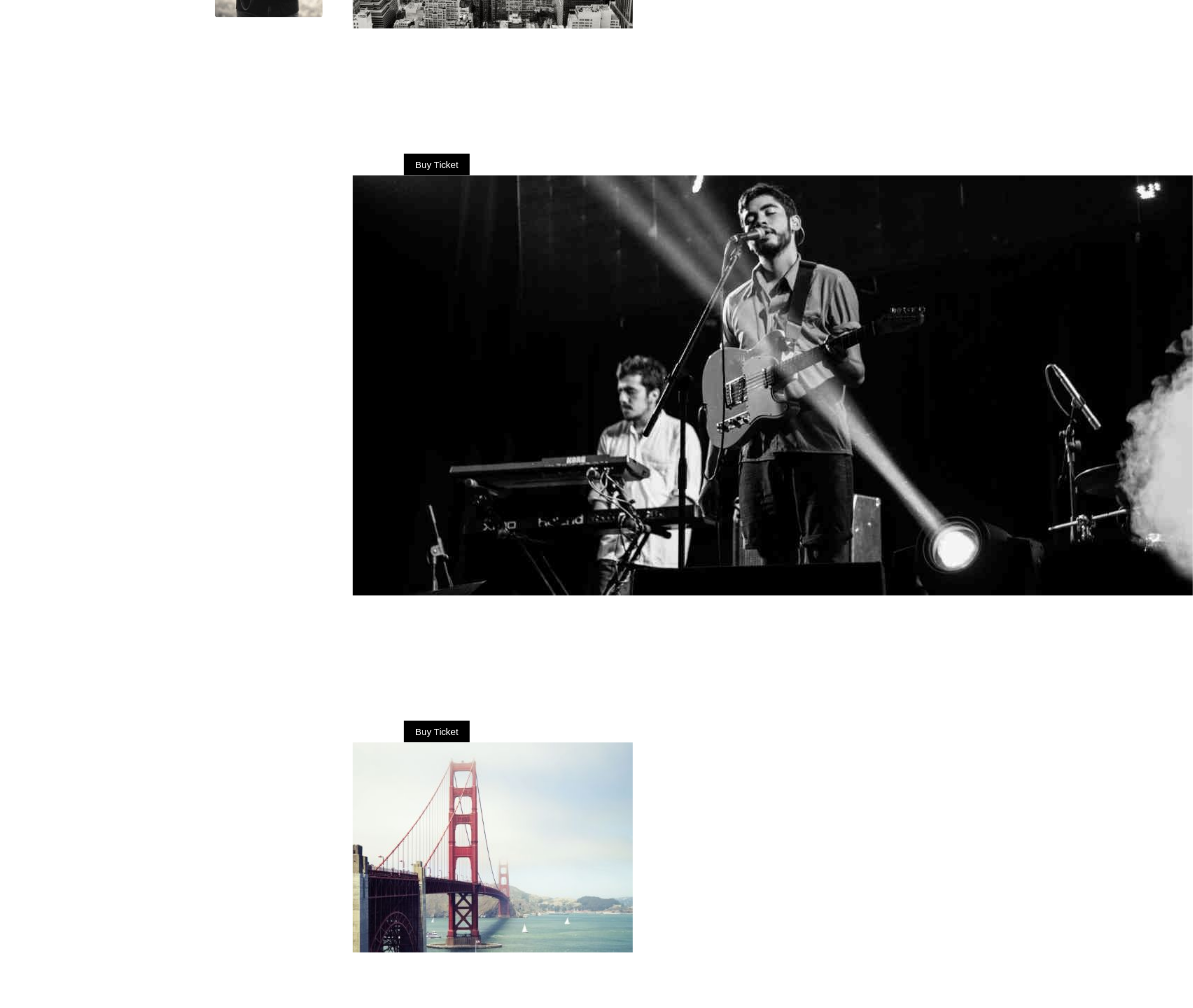
Repository: tam1512/The-Band
Page: index.html
These files come from the project's save history. The page is drawn as it stood at one moment and after the next save; the edit follows.
The browser window is 1280 px wide. The page is 1704 px wide, so the pictures cover 1704 px, including what lies to the right of the window. The pictures show the part of the page from y = 1662 to 3102 px (the page is 3264 px tall before and 3312 px after), at 70% of full size.
Some web libraries are served in a nearby version.

Above is the page before, as saved 2022-07-24 08:47:22.

### index.html
<!DOCTYPE html>
<html lang="en">
  <head>
    <meta charset="UTF-8" />
    <meta http-equiv="X-UA-Compatible" content="IE=edge" />
    <meta name="viewport" content="width=device-width, initial-scale=1.0" />
    <link
      rel="stylesheet"
      href="https://cdnjs.cloudflare.com/ajax/libs/font-awesome/6.1.1/css/all.min.css"
      integrity="sha512-KfkfwYDsLkIlwQp6LFnl8zNdLGxu9YAA1QvwINks4PhcElQSvqcyVLLD9aMhXd13uQjoXtEKNosOWaZqXgel0g=="
      crossorigin="anonymous"
      referrerpolicy="no-referrer"
    />
    <link rel="stylesheet" href="./assets/css/style.css" />
    <title>The Band</title>
  </head>
  <body>
    <div class="container">
      <div class="header" id="home">
        <ul class="header_nav">
          <li><a href="#home">HOME</a></li>
          <li><a href="#band">BAND</a></li>
          <li><a href="#tour">TOUR</a></li>
          <li><a href="#contact">CONTACT</a></li>
          <li class="header_nav_dropdown">
            <a href="javascript:void(0)" class="dropbtn">
              MORE
              <i class="fa-solid fa-caret-down"></i>
            </a>
            <div class="dropdown-content">
              <a href="#">Merchandise</a>
              <a href="#">Extras</a>
              <a href="#">Media</a>
            </div>
          </li>
        </ul>
        <div id="header_search">
          <i class="fa-solid fa-magnifying-glass text-white"></i>
        </div>
      </div>
      <!-- Slideshow container -->
      <div class="slider">
        <!-- Full-width image with caption text -->
        <div class="slider_slides-cont">
          <div class="slider_slide">
            <img src="assets/img/la.jpg" alt="Los Angeles" />
            <div class="text padding-32-16 text-white">
              <h3 class="fz-24 margin-10-0">Los Angeles</h3>
              <p class="margin-15-0">
                <b class="text-shadow">We had the bes time playing at Venice Beach!</b>
              </p>
            </div>
          </div>

          <div class="slider_slide">
            <img src="assets/img/ny.jpg" alt="New York" />
            <div class="text padding-32-16 text-white">
              <h3 class="fz-24 margin-10-0">New York</h3>
              <p class="margin-15-0">
                <b class="text-shadow">The atmosphere in New York is lorem ipsum.</b>
              </p>
            </div>
          </div>

          <div class="slider_slide">
            <img src="assets/img/chicago.jpg" alt="Chicago" />
            <div class="text padding-32-16 text-white">
              <h3 class="fz-24 margin-10-0">Chicago</h3>
              <p class="margin-15-0">
                <b class="text-shadow">Thank you, Chicago - A night we won't forget</b>
              </p>
            </div>
          </div>
        </div>

        <!-- The pagination/circles -->
         <div class="slider_pagination"></div>

        <!-- Next and previous buttons (navigatin slide)-->
        <a class="prev">&#10094</a>
        <a class="next">&#10095</a>
        </div>
      </div>
      <div class="content">
        <div class="padding-64-16 text-center" id="band">
          <h2 class="tilte fz-30 margin-10-0">THE BAND</h2>
          <p class="margin-15-0"><i class="sub-title text-opacity">We love music</i></p>
          <p class="band_content margin-15-0 text-justify">We have created a fictional band website. Lorem ipsum dolor sit amet, consectetur adipiscing elit, sed do eiusmod tempor incididunt ut labore et dolore magna aliqua. Ut enim ad minim veniam, quis nostrud exercitation ullamco laboris nisi ut aliquip ex ea commodo consequat. Duis aute irure dolor in reprehenderit in voluptate velit esse cillum dolore eu fugiat nulla pariatur. Excepteur sint occaecat cupidatat non proident, sunt in culpa qui officia deserunt mollit anim id est laborum consectetur adipiscing elit, sed do eiusmod tempor incididunt ut labore et dolore magna aliqua. Ut enim ad minim veniam, quis nostrud exercitation ullamco laboris nisi ut aliquip ex ea commodo consequat.</p>
          <div class="row band_members padding-32-0">
            <div class="third band_member">
              <p class="margin-15-0">Name</p>
              <img src="assets/img/bandmember.jpg" alt="band member" class="band_member_img margin-bottom-16">
            </div>
            <div class="third band_member">
              <p class="margin-15-0">Name</p>
              <img src="assets/img/bandmember.jpg" alt="band member" class="band_member_img margin-bottom-16">
            </div>
            <div class="third band_member">
              <p class="margin-15-0">Name</p>
              <img src="assets/img/bandmember.jpg" alt="band member" class="band_member_img margin-bottom-16">
            </div>
          </div>
          <!-- <div style="clear: both;"></div> -->
        </div>
        <div class="backgroud-black" id="tour">
          <div class="tour-container padding-64-16 text-center text-white">
            <h2 class="tilte fz-30 margin-10-0">TOUR DATES</h2>
            <p class="margin-15-0"><i class="sub-title">Remember to book your tickets!</i></p>
            <br>
            <ul class="list-month backgroud-white">
              <li class="month-item padding-8-16 boder-bottom">
                <p class="month text-grey">September</p>
                <span class="ticket-sold-out text-white">Sold out</span>
              </li>
              <li class="month-item padding-8-16 boder-bottom">
                <p class="month text-grey">October</p>
                <span class="ticket-sold-out text-white">Sold out</span>
              </li>
              <li class="month-item padding-8-16 boder-bottom">
                <p class="month text-grey">November</p>
                <span class="ticket-still text-white">3</span>
              </li>
            </ul>

            <div class="row ticket-list padding-32-8">
              <div class="third ticket-wrap">
                <img class="ticket-img" src="assets/img/newyork.jpg" alt="Ticket New Yourk">
                <div class="tick-content padding-0-16">
                  <p class="ticket-name margin-15-0"><b>New Yourk</b></p>
                  <p class="ticket-time text-opacity margin-15-0">Fri 27 Nov 2016</p>
                  <p class="ticket-desc margin-15-0">Praesent tincidunt sed tellus ut rutrum sed vitae justo.</p>
                  <button class="btn">Buy Ticket</button>
                </div>
              </div>
              <div class="third ticket-wrap">
                <img class="ticket-img" src="assets/img/chicago.jpg" alt="Ticket Chicago">
                <div class="tick-content padding-0-16">
                  <p class="ticket-name margin-15-0"><b>Paris</b></p>
                  <p class="ticket-time text-opacity margin-15-0">Sat 28 Nov 2016</p>
                  <p class="ticket-desc margin-15-0">Praesent tincidunt sed tellus ut rutrum sed vitae justo.</p>
                  <button class="btn">Buy Ticket</button>
                </div>
              </div>
              <div class="third ticket-wrap">
                <img class="ticket-img" src="assets/img/sanfran.jpg" alt="Ticket San Francisco">
                <div class="tick-content padding-0-16">
                  <p class="ticket-name margin-15-0"><b>San Francisco</b></p>
                  <p class="ticket-time text-opacity margin-15-0">Sun 29 Nov 2016</p>
                  <p class="ticket-desc margin-15-0">Praesent tincidunt sed tellus ut rutrum sed vitae justo.</p>
                  <button class="btn">Buy Ticket</button>
                </div>
              </div>
            </div>
          </div>
        </div>
      </div>
    </div>
    <script src="assets/js/js.js"></script>
  </body>
</html>

### assets/css/style.css
:root {
}

* {
  padding: 0;
  margin: 0;
  box-sizing: border-box;
}

body {
  font-family: Verdana, sans-serif;
  font-size: 15px;
  line-height: 22.5px;
}

h1,
h2,
h3,
h4,
h5,
h6 {
  font-family: Georgia, serif;
}

.fz-24 {
  font-size: 24px;
}

.fz-30 {
  font-size: 30px;
}

.text-white {
  color: white;
}

.text-grey {
  color: #757575;
}

.text-opacity {
  opacity: 0.6 !important;
}

.backgroud-black {
  background-color: #000;
}

.backgroud-white {
  background-color: #fff;
}

.text-center {
  text-align: center;
}

.text-justify {
  text-align: justify;
}

.padding-0-16 {
  padding: 0 16px !important;
}

.padding-64-16 {
  padding: 64px 16px !important;
}

.padding-32-16 {
  padding: 32px 16px !important;
}

.padding-32-8 {
  padding: 32px 8px !important;
}

.padding-32-0 {
  padding: 32px 0 !important;
}

.padding-8-16 {
  padding: 8px 16px !important;
}

.padding-32 {
  padding: 32px !important;
}

.margin-0-24 {
  margin: 0 24px !important;
}

.margin-10-0 {
  margin: 10px 0 !important;
}

.margin-15-0 {
  margin: 15px 0 !important;
}

.margin-bottom-16 {
  margin-bottom: 16px;
}

.text-shadow {
  text-shadow: 0 0 3px #000;
}

.boder-bottom {
  border: 1px solid #ddd;
}

.btn {
  display: inline-block;
  text-decoration: none;
  color: white;
  border: none;
  outline: none;
  padding: 8px 16px;
  background-color: #000;
  text-align: center;
}

.header {
  position: fixed;
  top: 0;
  right: 0;
  left: 0;
  z-index: 2;
}

.header_nav {
  list-style-type: none;
  background-color: #000;
  overflow: hidden;
}

.header_nav > li {
  float: left;
}

.header_nav > li > a,
.dropbtn {
  display: inline-block;
  padding: 12px 24px;
  text-align: center;
  color: #fff;
  text-decoration: none;
}

.header_nav > li > a:hover,
.header_nav_dropdown:hover,
.dropbtn:hover,
.dropdown-content a:hover {
  background-color: #ccc;
  color: black;
}

li.header_nav_dropdown {
  display: inline-block;
  /* position: relative; */
}

.dropdown-content {
  display: none;
  position: absolute;
  min-width: 160px;
  background-color: #fff;
  box-shadow: 0px 8px 16px 0px rgba(0, 0, 0, 0.2);
  z-index: 1;
}

.dropdown-content a {
  color: #000 !important;
  text-align: left;
  padding: 8px 16px;
  display: block;
  text-decoration: none;
}

.header_nav_dropdown:hover .dropdown-content {
  display: block;
}

#header_search {
  position: absolute;
  top: 0;
  right: 0;
  padding: 12px 24px;
}

#header_search:hover {
  background-color: #f44336;
}

/* Slider */
/* Slideshow container */
.slider,
.slider_slides-cont {
  max-width: 100%;
  height: auto;
  position: relative;
  /* top: 47px; */
  margin: auto;
}

/* Hide the images by default */
.slider_slide {
  display: none;
}

.slider_slide:first-child {
  display: block;
}

.slider_slides-cont img {
  width: 100%;
  height: 100%;
}

/* Next & previous buttons */
.prev,
.next {
  cursor: pointer;
  position: absolute;
  top: 50%;
  transform: translate(0, -50%);
  margin: 10px;
  padding: 24px 20px;
  color: #fff;
  font-weight: bold;
  font-size: 24px;
  transition: background-color 0.6s ease;
  border-radius: 5px 5px 5px 5px;
  user-select: none;
}

/* Position the "next button" to the right */
.next {
  right: 0;
  border-radius: 5px 5px 5px 5px;
}

/* On hover, add a black backgroound color with a little bit see-through */
.prev:hover,
.next:hover {
  background-color: rgba(191, 191, 191, 0.6);
  color: rgb(26, 23, 23);
  font-weight: bolder;
}

/* Caption text */
.text {
  position: absolute;
  left: 50%;
  transform: translate(-50%, -100%);
  text-align: center;
}

.slider_pagination {
  position: absolute;
  left: 50%;
  transform: translate(-50%, -120%);
}

.slider_pagination_btn {
  cursor: pointer;
  padding: 6px;
  background-color: transparent;
  display: inline-block;
  transition: background-color 0.6s ease;
}

.slider_pagination_btn::before {
  content: "";
  display: inline-block;
  height: 15px;
  width: 15px;
  border-radius: 50%;
  background-color: #717171;
}
.slider_pagination_btn.slider_pagination_btn--sel::before,
.slider_pagination_btn:hover::before {
  background-color: #bbb;
}

/* content */

#band,
.tour-container,
#contact {
  max-width: 800px;
  margin-left: auto;
  margin-right: auto;
}

.tilte {
  font-weight: normal;
  line-height: 45px;
  letter-spacing: 4px;
}

/* band */
/* Third image */

.third:after {
  content: "";
  display: table;
  clear: both;
}

.row {
  float: left;
  width: calc(100% / 3);
}

.band_member_img {
  width: 60%;
  border-radius: 4px;
}

/* Month ticket */
.list-month {
  list-style-type: none;
  text-align: left;
}

.month-item {
  position: relative;
}

.month {
  display: inline-block;
}

.ticket-sold-out {
  display: inline-block;
  background-color: #f44336;
  padding: 0 8px;
  margin-left: 16px;
}

.ticket-still {
  display: inline-block;
  padding: 0 8px;
  position: absolute;
  right: 32px;
  text-align: center;
  background-color: #000;
  border-radius: 50%;
}

/* ticket list */
.ticket-list {
  margin: 0 -16px;
}

### assets/js/js.js
let currentIndex = 0;
let newIndex = 0;
let autoplay = true;

//tạo một object cho việc tự động chuyển slide
let Autoplay = {
  timerID: null,
  interval: 4000,

  start: function () {
    this.timerID = setInterval(function () {
      newIndex++;
      navigateSlider();
    }, this.interval);
  },

  reset: function () {
    clearInterval(this.timerID);
    this.start();
  },
};

let slideElements = document.getElementsByClassName("slider_slide");
let slidesLength = slideElements.length;
let paginationElement = document.getElementsByClassName("slider_pagination")[0];
let prevElement = document.getElementsByClassName("prev")[0];
let nextElement = document.getElementsByClassName("next")[0];

// lấy sự kiện click của 2 nut prev và next
prevElement.addEventListener("click", function () {
  newIndex--;
  navigateSlider();
});

nextElement.addEventListener("click", function () {
  newIndex++;
  navigateSlider();
});

// tạo số dot tương ứng với số slide
paginationHTML = [];
for (let i = 0; i < slidesLength; i++) {
  paginationHTML.push(
    `<span class="slider_pagination_btn" data-index="${i}"></span>`
  );
}
// Thêm paginationHTML vào bên trong thẻ HTML
paginationElement.innerHTML = paginationHTML.join("");

//kiểm tra xem đã có phần tử chứa class="slider_pagination_btn" chưa? nếu có lấy giá trị trong data-index của nó gán cho newIndex
paginationElement.addEventListener("click", function (e) {
  let target = e.target;
  if (target.classList.contains("slider_pagination_btn")) {
    newIndex = Number(target.getAttribute("data-index"));
    navigateSlider();
  }
});

// Hàm hiện thị slide
function navigateSlider() {
  // Kiểm tra để newIndex luôn nằm trong khoảng từ 0 -> slideLength
  if (newIndex < 0) {
    newIndex = slidesLength - 1;
  } else if (newIndex > slidesLength - 1) {
    newIndex = 0;
  }

  //Thêm và xóa slider_pagination_btn--sel
  paginationElement.childNodes[currentIndex].classList.remove(
    "slider_pagination_btn--sel"
  );
  paginationElement.childNodes[newIndex].classList.add(
    "slider_pagination_btn--sel"
  );

  //reset interval(khoảng thời gian) để slide không gặp vấn đề về chuyển đổi
  if (autoplay) {
    Autoplay.reset();
  }

  //Ẩn slide trước và hiện slide cần hiện
  slideElements[currentIndex].style.display = "none";
  slideElements[newIndex].style.display = "block";

  currentIndex = newIndex;
}

// thiết lập autoplay cho slider
if (autoplay) {
  Autoplay.start();
}

// khi load page sẽ bị lỗi hiển thị ban đầu, đây là cách giải quyết
navigateSlider();

After the next save:
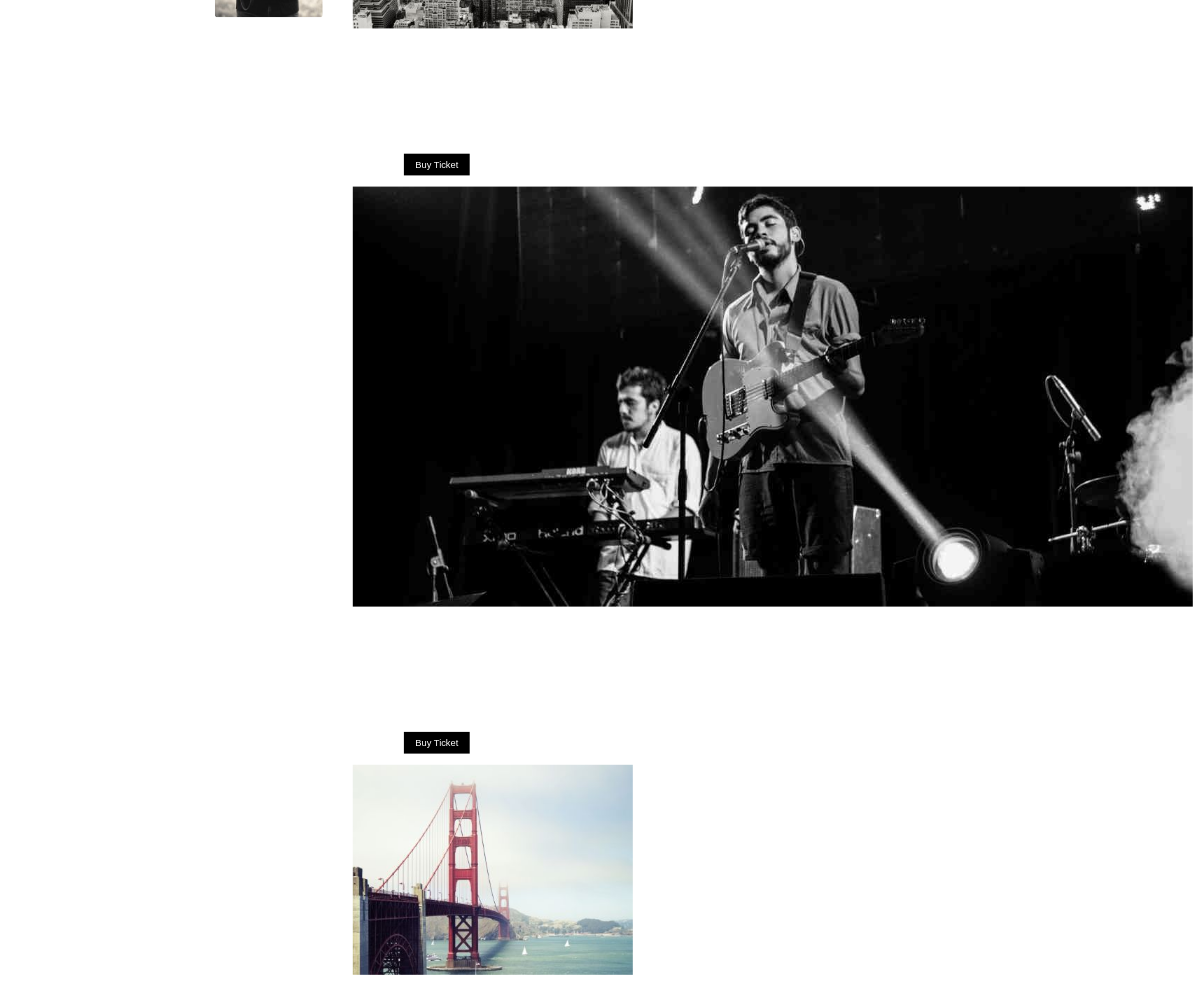
Saved 42 s later.
--- a/index.html
+++ b/index.html
@@ -129,7 +129,7 @@
                   <p class="ticket-name margin-15-0"><b>New Yourk</b></p>
                   <p class="ticket-time text-opacity margin-15-0">Fri 27 Nov 2016</p>
                   <p class="ticket-desc margin-15-0">Praesent tincidunt sed tellus ut rutrum sed vitae justo.</p>
-                  <button class="btn">Buy Ticket</button>
+                  <button class="btn margin-bottom-16">Buy Ticket</button>
                 </div>
               </div>
               <div class="third ticket-wrap">
@@ -138,7 +138,7 @@
                   <p class="ticket-name margin-15-0"><b>Paris</b></p>
                   <p class="ticket-time text-opacity margin-15-0">Sat 28 Nov 2016</p>
                   <p class="ticket-desc margin-15-0">Praesent tincidunt sed tellus ut rutrum sed vitae justo.</p>
-                  <button class="btn">Buy Ticket</button>
+                  <button class="btn margin-bottom-16">Buy Ticket</button>
                 </div>
               </div>
               <div class="third ticket-wrap">
@@ -147,7 +147,7 @@
                   <p class="ticket-name margin-15-0"><b>San Francisco</b></p>
                   <p class="ticket-time text-opacity margin-15-0">Sun 29 Nov 2016</p>
                   <p class="ticket-desc margin-15-0">Praesent tincidunt sed tellus ut rutrum sed vitae justo.</p>
-                  <button class="btn">Buy Ticket</button>
+                  <button class="btn margin-bottom-16">Buy Ticket</button>
                 </div>
               </div>
             </div>
